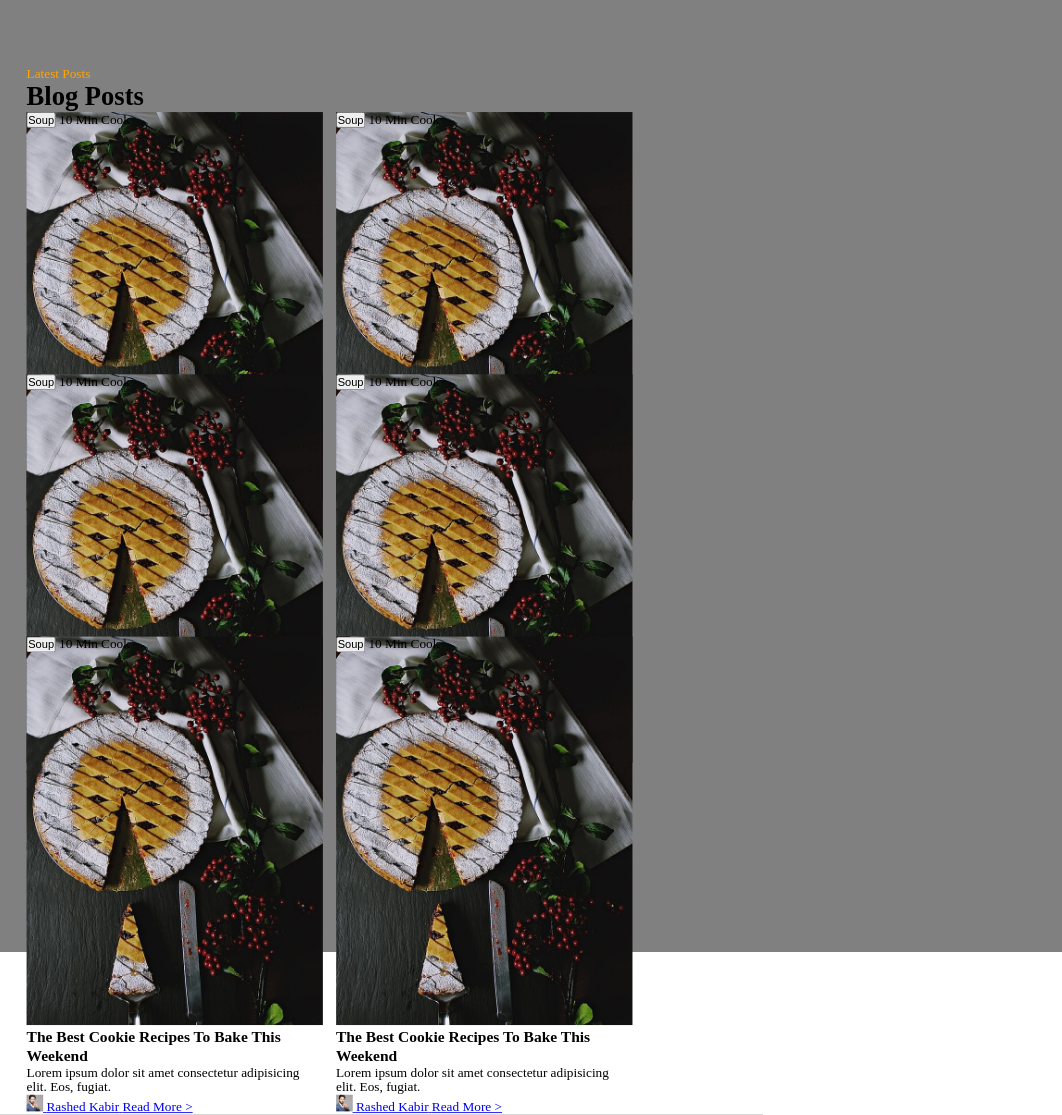
Repository: ngoctinvo/diner_project_cybersoft
Page: html/blog.html
An editor plug-in stored every save of this project. The page is shown before and after the next save, followed by the edit.
The browser window is 1280 px wide. The pictures show the whole page, at 83% of full size.
The style sheet was rebuilt from its Sass, Less or Tailwind sources for each picture, by a compiler version that may differ from the author's.

Above is the page before, as saved 2022-04-16 22:02:21.

### html/blog.html
<!DOCTYPE html>
<html lang="en">

<head>
    <meta charset="UTF-8">
    <meta http-equiv="X-UA-Compatible" content="IE=edge">
    <meta name="viewport" content="width=device-width, initial-scale=1.0">
    <title>Document</title>
    <link rel="stylesheet" href="../css/blog.css">
</head>

<body>
    <header></header>
    <section class="blog">
        <div class="container">
            <div class="title">
                <p>Latest Posts</p>
                <h1>Blog Posts</h1>
            </div>
            <div class="row">
                <div class="left-posts">
                    <div class="list">
                        <div class="item">
                            <div class="img">
                                <img src="../img/blog/g4.jpg" alt="">
                                <div class="info-img">
                                    <button>Soup</button>
                                    <span><i class="fa fa-clock"></i> 10 Min Cook</span>
                                </div>

                            </div>
                            <div class="content">
                                <h3>The Best Cookie Recipes To Bake This Weekend</h3>
                                <p>Lorem ipsum dolor sit amet consectetur adipisicing elit. Eos, fugiat.</p>
                            </div>
                            <div class="author">
                                <a href="#">
                                    <img src="../img/blog/team1.jpg" alt="">
                                    <span>Rashed Kabir</span>
                                </a>
                                <a href="#">Read More ></a>
                            </div>
                        </div>
                        <div class="item">
                            <div class="img">
                                <img src="../img/blog/g4.jpg" alt="">
                                <div class="info-img">
                                    <button>Soup</button>
                                    <span><i class="fa fa-clock"></i> 10 Min Cook</span>
                                </div>

                            </div>
                            <div class="content">
                                <h3>The Best Cookie Recipes To Bake This Weekend</h3>
                                <p>Lorem ipsum dolor sit amet consectetur adipisicing elit. Eos, fugiat.</p>
                            </div>
                            <div class="author">
                                <a href="#">
                                    <img src="../img/blog/team1.jpg" alt="">
                                    <span>Rashed Kabir</span>
                                </a>
                                <a href="#">Read More ></a>
                            </div>
                        </div>
                        <div class="item">
                            <div class="img">
                                <img src="../img/blog/g4.jpg" alt="">
                                <div class="info-img">
                                    <button>Soup</button>
                                    <span><i class="fa fa-clock"></i> 10 Min Cook</span>
                                </div>

                            </div>
                            <div class="content">
                                <h3>The Best Cookie Recipes To Bake This Weekend</h3>
                                <p>Lorem ipsum dolor sit amet consectetur adipisicing elit. Eos, fugiat.</p>
                            </div>
                            <div class="author">
                                <a href="#">
                                    <img src="../img/blog/team1.jpg" alt="">
                                    <span>Rashed Kabir</span>
                                </a>
                                <a href="#">Read More ></a>
                            </div>
                        </div>
                        <div class="item">
                            <div class="img">
                                <img src="../img/blog/g4.jpg" alt="">
                                <div class="info-img">
                                    <button>Soup</button>
                                    <span><i class="fa fa-clock"></i> 10 Min Cook</span>
                                </div>

                            </div>
                            <div class="content">
                                <h3>The Best Cookie Recipes To Bake This Weekend</h3>
                                <p>Lorem ipsum dolor sit amet consectetur adipisicing elit. Eos, fugiat.</p>
                            </div>
                            <div class="author">
                                <a href="#">
                                    <img src="../img/blog/team1.jpg" alt="">
                                    <span>Rashed Kabir</span>
                                </a>
                                <a href="#">Read More ></a>
                            </div>
                        </div>
                        <div class="item">
                            <div class="img">
                                <img src="../img/blog/g4.jpg" alt="">
                                <div class="info-img">
                                    <button>Soup</button>
                                    <span><i class="fa fa-clock"></i> 10 Min Cook</span>
                                </div>

                            </div>
                            <div class="content">
                                <h3>The Best Cookie Recipes To Bake This Weekend</h3>
                                <p>Lorem ipsum dolor sit amet consectetur adipisicing elit. Eos, fugiat.</p>
                            </div>
                            <div class="author">
                                <a href="#">
                                    <img src="../img/blog/team1.jpg" alt="">
                                    <span>Rashed Kabir</span>
                                </a>
                                <a href="#">Read More ></a>
                            </div>
                        </div>
                        <div class="item">
                            <div class="img">
                                <img src="../img/blog/g4.jpg" alt="">
                                <div class="info-img">
                                    <button>Soup</button>
                                    <span><i class="fa fa-clock"></i> 10 Min Cook</span>
                                </div>

                            </div>
                            <div class="content">
                                <h3>The Best Cookie Recipes To Bake This Weekend</h3>
                                <p>Lorem ipsum dolor sit amet consectetur adipisicing elit. Eos, fugiat.</p>
                            </div>
                            <div class="author">
                                <a href="#">
                                    <img src="../img/blog/team1.jpg" alt="">
                                    <span>Rashed Kabir</span>
                                </a>
                                <a href="#">Read More ></a>
                            </div>
                        </div>
                    </div>
                    <div class="control-btn"></div>
                </div>
                <div class="right-posts">
                    <!-- <div class="right-container">
                        <div class="item latest-recipes">
                            <h2>Lastest recipes</h2>
                            <div class="list">
                                <div class="item">
                                    <img src="../img/blog/banner1.jpg">
                                    <span>How to make capuccino</span>
                                </div>
                                <div class="item">
                                    <img src="../img/blog/banner1.jpg">
                                    <span>How to make capuccino</span>
                                </div>
                                <div class="item">
                                    <img src="../img/blog/banner1.jpg">
                                    <span>How to make capuccino</span>
                                </div>
                                <div class="item">
                                    <img src="../img/blog/banner1.jpg">
                                    <span>How to make capuccino</span>
                                </div>
                            </div>
                        </div>
                        <div class="item trending-posts">
                            <h3>Trending posts</h3>
                            <div class="list">
                                <div class="item">
                                    <img src="../img/blog/g3.jpg" alt="">
                                    <div class="info">
                                        <p>12 Curry Recipes You’ll Ever Need</p>
                                        <span>Feb 4, 2021</span>
                                    </div>
                                </div>
                            </div>
                        </div>
                        <div class="item categories">
                            <h3>Categories</h3>
                            <ul>
                                <li>
                                    <a href="#">Desserts</a>
                                </li>
                                <li>
                                    <a href="#">Cakes and Biscuits</a>
                                </li>
                                <li>
                                    <a href="#">Food recipes</a>
                                </li>

                            </ul>
                        </div>
                        <div class="item advertisement">
                            <h3>Advertisement</h3>
                            <img src="../img/blog/g1.jpg" alt="">
                        </div>
                    </div> -->



                </div>
            </div>
        </div>
        </div>
    </section>
    <footer></footer>
</body>

</html>

### sass/blog.scss
* {
    margin: 0;
    padding: 0;
    box-sizing: border-box;
}

.blog {
    color: black;
    .container {
        width: 100%;
        background-color: gray;
        padding: 5rem 2rem;
        .title {
            p {
                color: orange;
                font-size: 1rem;
            }
            h1 {
                font-size: 2rem;
            }
        }
        .row {
            display: flex;
            flex-direction: row;
            .left-posts {
                width: 60%;
                .list {
                    display: grid;
                    grid-template-columns: 1fr 1fr;
                    grid-template-rows: repeat(3, 300px);
                    gap: 1rem;
                    .item {
                        margin-bottom: 5rem;
                        .img {
                            position: relative;
                            img {
                                width: 100%;
                                height: 100%;
                            }
                            .info-img {
                                position: absolute;
                                width: 100%;
                                height: 100%;
                                top: 0;
                                left: 0;
                            }
                        }
                        .author {
                            img {
                                width: 20px;
                            }
                        }
                    }
                }
            }
            .right-posts {
                width: 40%;
            }
        }
    }
}

After the next save:
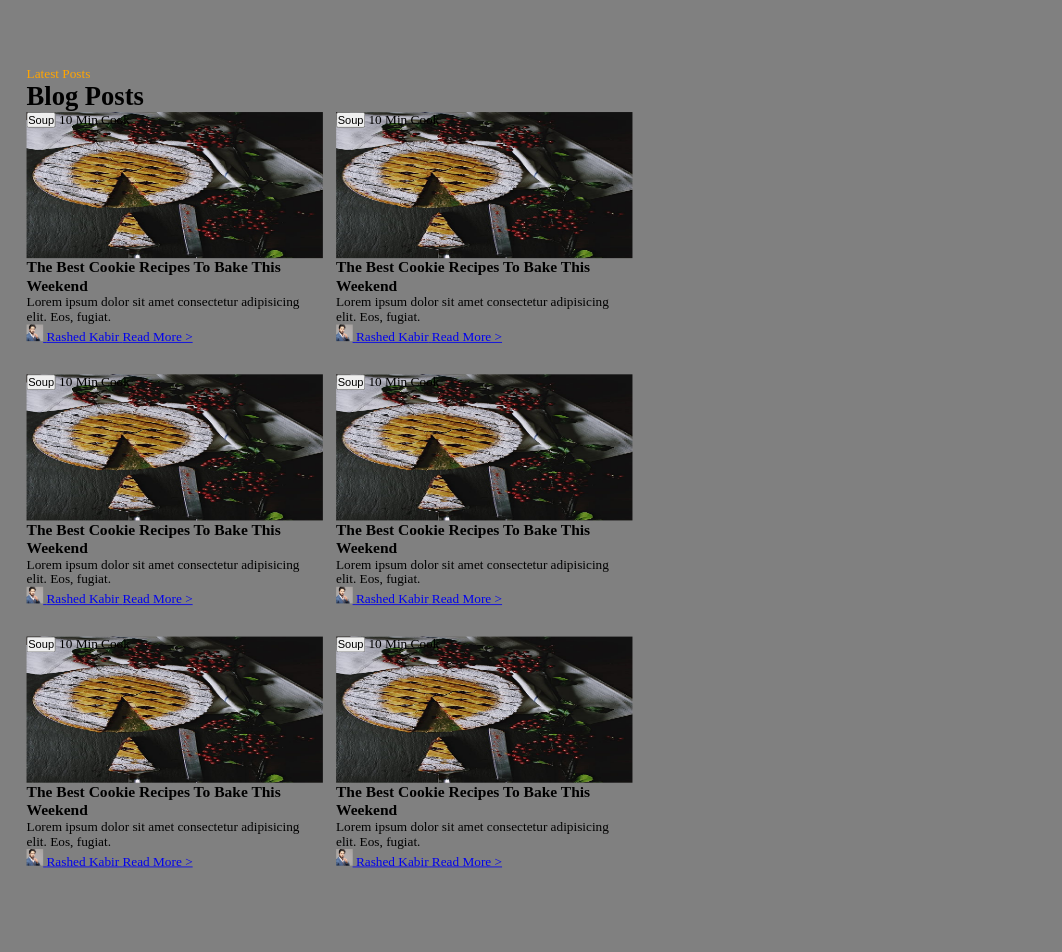
Saved 40 s later.
--- a/sass/blog.scss
+++ b/sass/blog.scss
@@ -33,6 +33,7 @@
                         margin-bottom: 5rem;
                         .img {
                             position: relative;
+                            height: 80%;
                             img {
                                 width: 100%;
                                 height: 100%;
